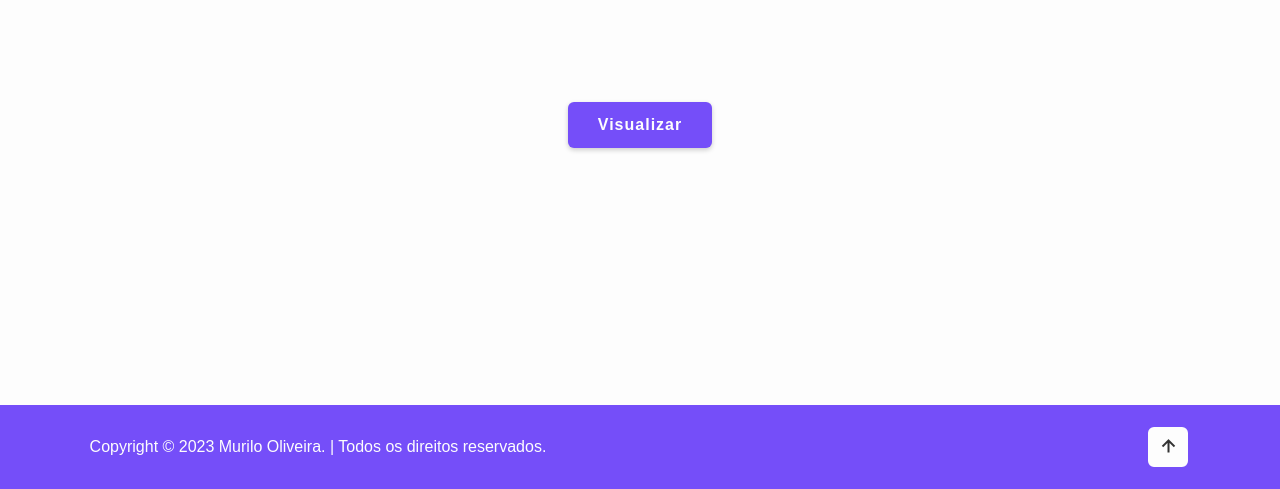
Repository: devMuriloOliveira/Portfolio-
Page: projetos/projeto-1.html
The author's editor kept a copy of each file at every save. The page is drawn from the files as they stood at one save, then again after the next save.
The browser window is 1280 px wide. The pictures show the part of the page from y = 515 to 1004 px (the page is 1004 px tall).

Above is the page before, as saved 2023-03-16 15:55:13.

### projetos/projeto-1.html
<!DOCTYPE html>
<html lang="en">
  <head>
    <meta charset="UTF-8" />
    <meta http-equiv="X-UA-Compatible" content="IE=edge" />
    <meta name="viewport" content="width=device-width, initial-scale=1.0" />

    <!--swiper css-->
    <link
      rel="stylesheet"
      href="https://cdn.jsdelivr.net/npm/swiper@9/swiper-bundle.min.css"
    />

    <!--box icons-->
    <link
      href="https://unpkg.com/boxicons@2.1.4/css/boxicons.min.css"
      rel="stylesheet"
    />

    <!--font-->
    <link
      rel="stylesheet"
      href="https://fonts.googleapis.com/css2?family=Material+Symbols+Outlined:opsz,wght,FILL,GRAD@20..48,100..700,0..1,-50..200"
    />

    <!--css-->
    <link rel="stylesheet" href="projeto-1.css" />
    <title>BeautySalon</title>
  </head>
  <body>
    <header class="header">
      <a class="logo" href="#">Murilo<span>Oliveira</span>.</a>

      <nav class="navbar">
        <a href="/index.html" class="active">Início</a>
      </nav>

      <div class="bx bx bx-moon" id="darkMode-icon"></div>

      <div class="bx bx-menu" id="menu-icon"></div>
    </header>

    <section>
      <div class="video">
        <iframe
          width="560"
          height="315"
          src="https://www.youtube.com/embed/JxFzhGkumwg"
          title="YouTube video player"
          frameborder="0"
          allow="accelerometer; autoplay; clipboard-write; encrypted-media; gyroscope; picture-in-picture; web-share"
          allowfullscreen
        ></iframe>
      </div>

      <div class="botao">
        <a
          class="btn"
          target="_blank"
          href="https://devmurilooliveira.github.io/Alura-Books/"
          >Visualizar</a
        >
      </div>
    </section>

    <footer class="footer">
      <div class="footer-text">
        <p>
          Copyright &copy; 2023 Murilo Oliveira. | Todos os direitos reservados.
        </p>
      </div>

      <div class="footer-iconTop">
        <a href="#"><i class="bx bx-up-arrow-alt"></i></a>
      </div>
    </footer>
  </body>
</html>

### projetos/projeto-1.css
*{
  margin: 0;
  padding: 0;
  box-sizing: border-box;
  text-decoration: none;
  border: none;
  outline: none;
  scroll-behavior: smooth;
  font-family: 'Poppins', sans-serif;
}

:root{
  --bg-color: #fdfdfd;
  --bg-color-second: #fafafa;
  --text-color: #333;
  --main-color: #754ef9;
  --white-color: #fdfdfd;
  --shadow-color: rgba(0, 0, 0, .2);
}

.dark-mode{
  --bg-color: #0b061f;
  --text-color: #fdfdfd;
  --shadow-color: rgba(0, 0, 0, .7);
}

html{
  font-size: 62.5%;
  overflow-x: hidden;
}

body{
  background: var(--bg-color);
  color: var(--text-color);
}


.header{
  position: fixed;
  top: 0;
  left: 0;
  width: 100%;
  padding: 2rem 7%;
  background: var(--main-color);
  display: flex;
  align-items: center;
  z-index: 100;
  transition: .5s;
  box-shadow: 0 .1rem 1rem var(--shadow-color);

}

.sticky{
  background: var(--bg-color);
  box-shadow: 0 .1rem 1rem var(--shadow-color);
}

.logo{
  font-size: 2.5rem;
  color: var(--white-color);
  font-weight: 600;
  cursor: pointer;
  margin-right: auto;
}

.navbar a{
  position: relative;
  font-size: 1.7rem;
  color: var(--white-color);
  font-weight: 500;
  margin-right: 3.5rem;
}

 .sticky .navbar a{
  color: var(--text-color);
}

 .sticky .navbar a.active{
  color: var(--main-color);
}


.navbar a.active::before{
  content: '';
  position: absolute;
  left: 0;
  bottom: -6px;
  width: 100%;
  height: .2rem;
  background: var(--white-color);
}

  .sticky .navbar a::before{
  background: var(--main-color);
  opacity: .7;
}


#darkMode-icon{
  font-size: 2.4rem;
  color: var(--white-color);
  cursor: pointer;
}

.sticky #darkMode-icon{
  color: var(--text-color);
  opacity: .9;
}

#menu-icon{
  font-size: 3.6rem;
  color: var(--text-color);
  display: none;
}

section{
  min-height: 100vh;

}

.video{
  text-align: center;
  margin-top: 20rem;

}

.btn{
  display: inline-block;
  padding: 1.2rem 2.8rem;
  background: var(--main-color);
  border-radius: .6rem;
  box-shadow: 0 .2rem .5rem var(--shadow-color);
  font-size: 1.6rem;
  color: var(--white-color);
  letter-spacing: .1rem;
  font-weight: 600;
  border: .2rem solid transparent;
  transition: .5s ease;
}

.btn:hover{
  background: transparent;
  color: var(--main-color);
  border-color: var(--main-color);
}

.botao{
  margin-top: 10rem;
  text-align: center;
}

.footer{
  display: flex;
  justify-content: space-between;
  align-items: center;
  flex-wrap: wrap;
  padding: 2rem 7%;
  background: var(--main-color);
}

.footer-text{
  font-size: 1.6rem;
  color: var(--white-color);
}

.footer-iconTop a{
  display: inline-flex;
  justify-content: center;
  align-items: center;
  padding: .8rem;
  background: var(--white-color);
  border-radius: .8rem;
  border: .2rem solid var(--main-color);
  outline: .2rem solid transparent;
  transition: .5s ease;
}

.footer-iconTop a:hover{
  outline-color: var(--white-color);
}

.footer-iconTop a i{
  font-size: 2.4rem;
  color: #333;
}

After the next save:
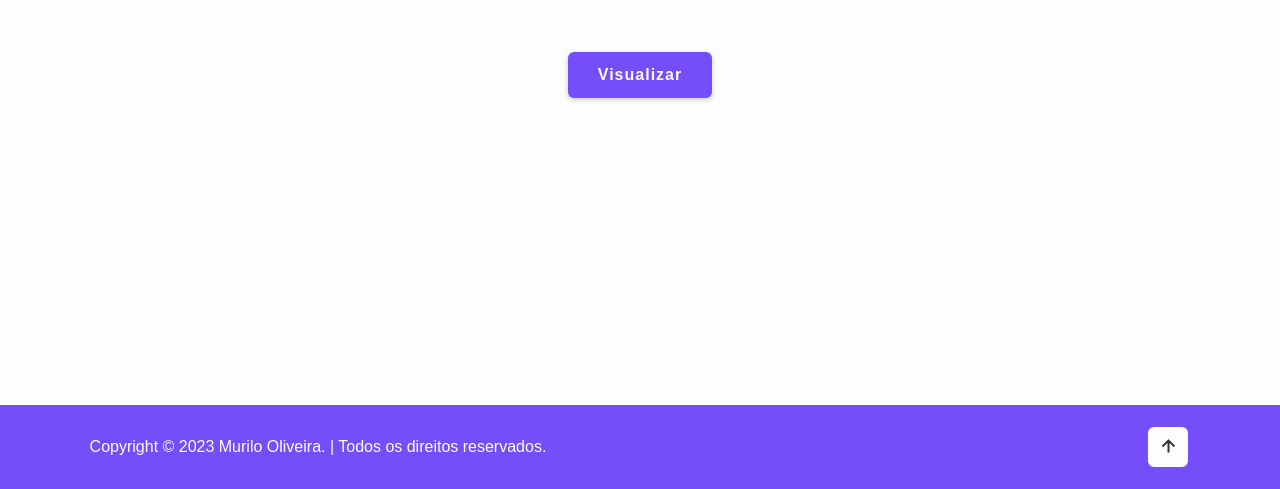
Saved 7 s later.
--- a/projetos/projeto-1.css
+++ b/projetos/projeto-1.css
@@ -145,7 +145,7 @@ section{
 }
 
 .botao{
-  margin-top: 10rem;
+  margin-top: 5rem;
   text-align: center;
 }
 
